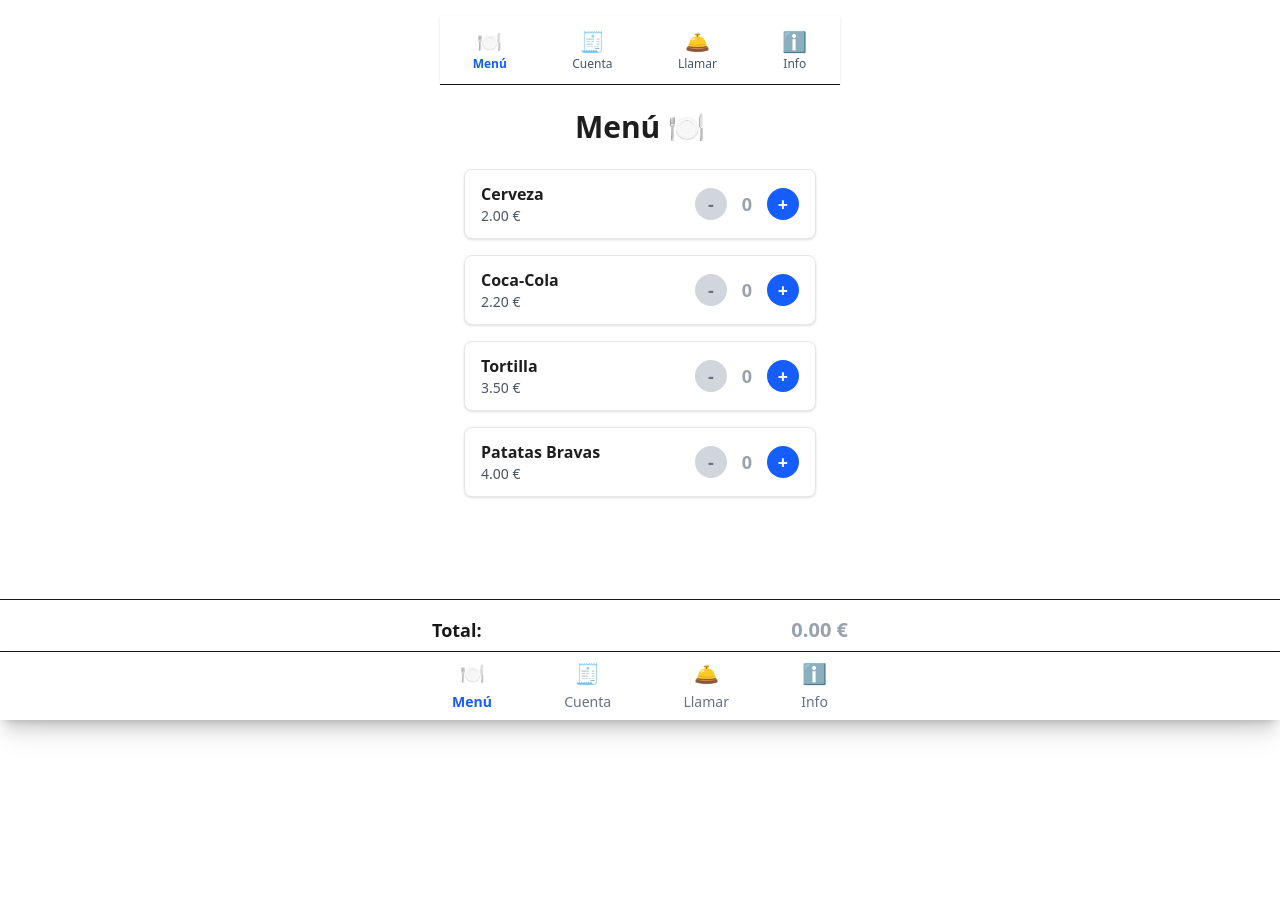
Repository: jrcardenas/sirvaapp
Page: /menu
An editor plug-in stored every save of this project. The page is shown before and after a run of saves, followed by the edit.
The browser window is 1280 px wide. The pictures show the whole page.
The project was rebuilt for these pictures with package versions that can differ from the ones it lists, and the page was loaded fresh each time. The framework's server and built-in components were replaced by stand-ins that run in the browser. Also part of the build but not shown: next.config.ts.

Above is the page before, as saved 2025-11-02 12:11:23.

### app/layout.tsx
import type { Metadata } from "next";
import "./globals.css";
import "./styles/theme.css";
import { OrderProvider } from "@/context/OrderContext";
import LayoutWrapper from "@/components/layout/LayoutWrapper";
import BottomNav from "@/components/BottomNav"; // ✅ Añadido

export const metadata: Metadata = {
  title: "SirvaApp",
  description: "Pide desde tu mesa. Sirve más rápido.",
};

export default function RootLayout({ children }: { children: React.ReactNode }) {
  return (
    <html lang="es">
      <body className="bg-[var(--color-background)] text-[var(--color-text-dark)]">
        <OrderProvider>
          <LayoutWrapper>
            <div className="min-h-screen pb-20">
              {children}
            </div>

            {/* ✅ Navegación inferior global */}
            <BottomNav />
          </LayoutWrapper>
        </OrderProvider>
      </body>
    </html>
  );
}

### app/menu/page.tsx
"use client";

import Button from "@/components/ui/Button";
import { useCartStore } from "@/store/cartStore";
import { useRouter } from "next/navigation";

export default function MenuPage() {
  const router = useRouter();
  const { addItem, changeQty, items, clearCart, removeItem } = useCartStore();

  const productos = [
    { id: "1", nombre: "Cerveza", precio: 2.0 },
    { id: "2", nombre: "Coca-Cola", precio: 2.2 },
    { id: "3", nombre: "Tortilla", precio: 3.5 },
    { id: "4", nombre: "Patatas Bravas", precio: 4.0 },
  ];

  const getQty = (id: string) =>
    items.reduce((acc, p) => (p.id === id ? acc + p.qty : acc), 0);

  const total = items.reduce(
    (acc, p) => acc + p.price * p.qty,
    0
  );

  const handleSendOrder = () => {
    if (items.length === 0) return;
    alert("✅ Pedido enviado a cocina!");
    clearCart();
  };

  return (
    <main className="min-h-screen bg-[var(--color-background)] p-6 pb-32">
      <h1 className="text-3xl font-bold text-center text-[var(--color-text-dark)] mb-6">
        Menú 🍽️
      </h1>

      <div className="grid gap-4 max-w-md mx-auto">
        {productos.map((item) => {
          const qty = getQty(item.id);

          const handleMinus = () => {
            if (qty <= 1) {
              removeItem(item.id);
            } else {
              changeQty(item.id, qty - 1);
            }
          };

          return (
            <div
              key={item.id}
              className="bg-white shadow rounded-lg px-4 py-3 flex justify-between items-center border border-gray-200"
            >
              <div className="flex flex-col">
                <span className="font-semibold text-[var(--color-text-dark)]">
                  {item.nombre}
                </span>
                <span className="text-gray-600 text-sm">
                  {item.precio.toFixed(2)} €
                </span>
              </div>

              {/* Controles siempre visibles */}
              <div className="flex items-center gap-2">
                <button
                  className={`w-8 h-8 rounded-full text-lg font-bold flex items-center justify-center
                    ${qty === 0 ? "bg-gray-300 text-gray-500" : "bg-gray-200 text-black"}`}
                  disabled={qty === 0}
                  onClick={handleMinus}
                >
                  -
                </button>

                <span
                  className={`w-6 text-center font-bold text-lg ${
                    qty === 0
                      ? "text-gray-400"
                      : "text-[var(--color-text-dark)]"
                  }`}
                >
                  {qty}
                </span>

                <button
                  className="w-8 h-8 bg-blue-600 text-white rounded-full text-lg font-bold flex items-center justify-center"
                  onClick={() =>
                    addItem({
                      id: item.id,
                      name: item.nombre,
                      price: item.precio,
                      qty: 1,
                    })
                  }
                >
                  +
                </button>
              </div>
            </div>
          );
        })}
      </div>

      {/* ✅ Footer centrado y con mismo ancho que el menú */}
      <div className="fixed bottom-0 left-0 w-full bg-white shadow-xl border-t">
        <div className="max-w-md mx-auto p-4">
          <div className="flex justify-between items-center mb-3">
            <span className="font-semibold text-lg">
              Total:
            </span>

            <span
              className={`font-bold text-xl ${
                total === 0
                  ? "text-gray-400"
                  : "text-[var(--color-text-dark)]"
              }`}
            >
              {total.toFixed(2)} €
            </span>
          </div>

          <Button
            fullWidth
            disabled={total === 0}
            className={`${
              total === 0
                ? "bg-gray-300 text-gray-500 cursor-not-allowed"
                : ""
            }`}
            onClick={handleSendOrder}
          >
            ✅ Realizar Pedido
          </Button>
        </div>
      </div>
    </main>
  );
}

### app/globals.css
@import "tailwindcss";

/* Colores base del navegador */
:root {
  --background: #ffffff;
  --foreground: #171717;
}

/* ✅ Variables sincronizadas con el tema */
@theme inline {
  --color-background: var(--background);
  --color-foreground: var(--foreground);
  --font-sans: var(--font-geist-sans);
  --font-mono: var(--font-geist-mono);
}

@media (prefers-color-scheme: dark) {
  :root {
    --background: #0a0a0a;
    --foreground: #ededed;
  }
}

/* ✅ Mantener reset y tipografía */
body {
  background: var(--color-background);
  color: var(--color-foreground);
}

### app/styles/theme.css
:root {
  /* Brand Colors */
  --color-primary: #007BFF;
  --color-secondary: #1E1E1E;
  --color-background: #FFFFFF;
  --color-surface: #F8F8F8;
  --color-border: #E2E2E2;

  /* Text */
  --color-text-dark: #1E1E1E;
  --color-text-light: #FFFFFF;

  /* Tokens */
  --radius: 12px;
  --button-height: 48px;
}

### app/context/OrderContext.tsx
"use client";
import { createContext, useContext, useState, ReactNode } from "react";

interface ProductoPedido {
  id: number;
  nombre: string;
  precio: number;
  cantidad: number;
  nota?: string;
}

interface OrderContextValue {
  pedido: ProductoPedido[];
  agregarProducto: (producto: ProductoPedido) => void;
  cambiarCantidad: (id: number, accion: "sumar" | "restar") => void;
  eliminarProducto: (id: number) => void;
  vaciarPedido: () => void;
  totalItems: number;
  totalPrice: number;
}

const OrderContext = createContext<OrderContextValue | undefined>(undefined);

export function OrderProvider({ children }: { children: ReactNode }) {
  const [pedido, setPedido] = useState<ProductoPedido[]>([]);

  const agregarProducto = (producto: ProductoPedido) => {
    setPedido((prev) => {
      const existe = prev.find((p) => p.id === producto.id);
      if (existe) {
        return prev.map((p) =>
          p.id === producto.id
            ? { ...p, cantidad: p.cantidad + producto.cantidad }
            : p
        );
      }
      return [...prev, producto];
    });
  };

  const cambiarCantidad = (id: number, accion: "sumar" | "restar") => {
    setPedido((prev) =>
      prev
        .map((p) => {
          if (p.id !== id) return p;
          if (accion === "sumar") return { ...p, cantidad: p.cantidad + 1 };
          if (p.cantidad === 1) return p;
          return { ...p, cantidad: p.cantidad - 1 };
        })
        .filter((p) => p.cantidad > 0)
    );
  };

  const eliminarProducto = (id: number) => {
    setPedido((prev) => prev.filter((p) => p.id !== id));
  };

  const vaciarPedido = () => setPedido([]);

  const totalItems = pedido.reduce((acc, p) => acc + p.cantidad, 0);
  const totalPrice = pedido.reduce((acc, p) => acc + p.precio * p.cantidad, 0);

  return (
    <OrderContext.Provider
      value={{
        pedido,
        agregarProducto,
        cambiarCantidad,
        eliminarProducto,
        vaciarPedido,
        totalItems,
        totalPrice,
      }}
    >
      {children}
    </OrderContext.Provider>
  );
}

export function useOrder() {
  const context = useContext(OrderContext);
  if (!context) throw new Error("useOrder debe usarse dentro de OrderProvider");
  return context;
}

### app/components/layout/LayoutWrapper.tsx
"use client";

import Header from "./Header";

export default function LayoutWrapper({ children }: { children: React.ReactNode }) {
  return (
    <div className="max-w-md mx-auto px-6 py-4 min-h-screen flex flex-col">
      <Header />
      {children}
    </div>
  );
}

### app/components/BottomNav.tsx
"use client";
import Link from "next/link";
import { usePathname } from "next/navigation";

export default function BottomNav() {
  const pathname = usePathname();

  const navItems = [
    { href: "/menu", label: "Menú", icon: "🍽️" },
    { href: "/cuenta", label: "Cuenta", icon: "🧾" },
    { href: "/llamar", label: "Llamar", icon: "🛎️" },
    { href: "/info", label: "Info", icon: "ℹ️" },
  ];

  return (
    <nav className="fixed bottom-0 left-0 w-full bg-white border-t shadow-lg">
      <div className="flex justify-around py-2 max-w-md mx-auto text-sm">
        {navItems.map((item) => (
          <Link
            key={item.href}
            href={item.href}
            className={`flex flex-col items-center gap-1 px-4 ${
              pathname === item.href
                ? "text-blue-600 font-bold"
                : "text-gray-500"
            }`}
          >
            <span className="text-xl">{item.icon}</span>
            {item.label}
          </Link>
        ))}
      </div>
    </nav>
  );
}

### app/components/ui/Button.tsx
"use client";

import React from "react";
import Link from "next/link";

type Variant = "primary" | "secondary" | "outline" | "ghost";
type Size = "sm" | "md" | "lg";

type ButtonProps = {
  variant?: Variant;
  size?: Size;
  loading?: boolean;
  fullWidth?: boolean;
  as?: "button" | "link";
  href?: string;
  className?: string;
  children: React.ReactNode;
} & React.ButtonHTMLAttributes<HTMLButtonElement>;

function classes({ variant, size, fullWidth }: { variant: Variant; size: Size; fullWidth?: boolean }) {
  const base =
    "inline-flex items-center justify-center font-semibold transition focus:outline-none focus-visible:ring-2 focus-visible:ring-offset-2";
  const radius = "rounded-[var(--radius)]";
  const width = fullWidth ? "w-full" : "";
  const sizes: Record<Size, string> = {
    sm: "text-sm h-10 px-4",
    md: "text-base h-[var(--button-height)] px-5", // 48px por theme
    lg: "text-base h-14 px-6",
  };
  const variants: Record<Variant, string> = {
    primary:
      "bg-[var(--color-primary)] text-[var(--color-text-light)] hover:opacity-90 focus-visible:ring-[var(--color-primary)]",
    secondary:
      "bg-[var(--color-secondary)] text-[var(--color-text-light)] hover:opacity-90 focus-visible:ring-[var(--color-secondary)]",
    outline:
      "bg-transparent text-[var(--color-text-dark)] border border-[color:var(--color-secondary)]/20 hover:bg-[var(--color-surface)] focus-visible:ring-[var(--color-primary)]",
    ghost:
      "bg-transparent text-[var(--color-text-dark)] hover:bg-[var(--color-surface)] focus-visible:ring-[var(--color-primary)]",
  };

  return [base, radius, width, sizes[size], variants[variant]].join(" ");
}

export default function Button({
  variant = "primary",
  size = "md",
  loading = false,
  fullWidth,
  as = "button",
  href,
  className = "",
  children,
  disabled,
  ...rest
}: ButtonProps) {
  const cls =
    classes({ variant, size, fullWidth }) +
    " " +
    (disabled || loading ? "opacity-60 pointer-events-none" : "") +
    " " +
    className;

  const content = (
    <>
      {loading && (
        <svg
          className="mr-2 animate-spin"
          width="16"
          height="16"
          viewBox="0 0 24 24"
          aria-hidden="true"
        >
          <circle cx="12" cy="12" r="10" stroke="currentColor" strokeWidth="4" fill="none" opacity="0.25" />
          <path d="M22 12a10 10 0 0 1-10 10" fill="none" stroke="currentColor" strokeWidth="4" />
        </svg>
      )}
      {children}
    </>
  );

  if (as === "link" && href) {
    return (
      <Link
        href={href}
        className={cls}
        role="button"
        aria-busy={loading || undefined}
        aria-disabled={disabled || loading || undefined}
      >
        {content}
      </Link>
    );
  }

  return (
    <button
      className={cls}
      disabled={disabled || loading}
      aria-busy={loading || undefined}
      {...rest}
    >
      {content}
    </button>
  );
}

### app/store/cartStore.ts
import { create } from "zustand";

export interface CartItem {
  id: string;
  name: string;
  price: number;
  qty: number;
  note?: string;
}

interface CartState {
  items: CartItem[];
  addItem: (item: CartItem) => void;
  changeQty: (id: string, qty: number) => void;
  removeItem: (id: string, note?: string) => void;
  clearCart: () => void;
  totalItems: number;
  totalAmount: number;
}

export const useCartStore = create<CartState>((set, get) => ({
  items: [],

  addItem: (item) => {
    const exists = get().items.find(
      (i) => i.id === item.id && i.note === item.note
    );

    if (exists) {
      set({
        items: get().items.map((i) =>
          i.id === item.id && i.note === item.note
            ? { ...i, qty: i.qty + item.qty }
            : i
        ),
      });
    } else {
      set({ items: [...get().items, item] });
    }
  },

  changeQty: (id, qty) => {
    if (qty < 1) return; // ✅ regla elegida (A)
    set({
      items: get().items.map((i) =>
        i.id === id ? { ...i, qty } : i
      ),
    });
  },

  removeItem: (id, note) =>
    set({
      items: get().items.filter(
        (i) => !(i.id === id && i.note === note)
      ),
    }),

  clearCart: () => set({ items: [] }),

  get totalItems() {
    return get().items.reduce((acc, i) => acc + i.qty, 0);
  },

  get totalAmount() {
    return get().items.reduce((acc, i) => acc + i.qty * i.price, 0);
  },
}));

### app/components/layout/Header.tsx
"use client";

import Link from "next/link";
import { usePathname } from "next/navigation";

export default function Header() {
  const pathname = usePathname();

  const navItems = [
    { href: "/menu", label: "Menú", icon: "🍽️" },
    { href: "/cuenta", label: "Cuenta", icon: "🧾" },
    { href: "/llamar", label: "Llamar", icon: "🛎️" },
    { href: "/info", label: "Info", icon: "ℹ️" },
  ];

  return (
    <header className="w-full py-3 bg-white border-b shadow-sm">
      <nav className="flex justify-around max-w-md mx-auto text-sm">
        {navItems.map((item) => (
          <Link
            key={item.href}
            href={item.href}
            className={`flex flex-col items-center ${
              pathname === item.href
                ? "text-blue-600 font-bold"
                : "text-gray-600"
            }`}
          >
            <span className="text-xl">{item.icon}</span>
            <span className="text-xs">{item.label}</span>
          </Link>
        ))}
      </nav>
    </header>
  );
}

After the next 2 saves:
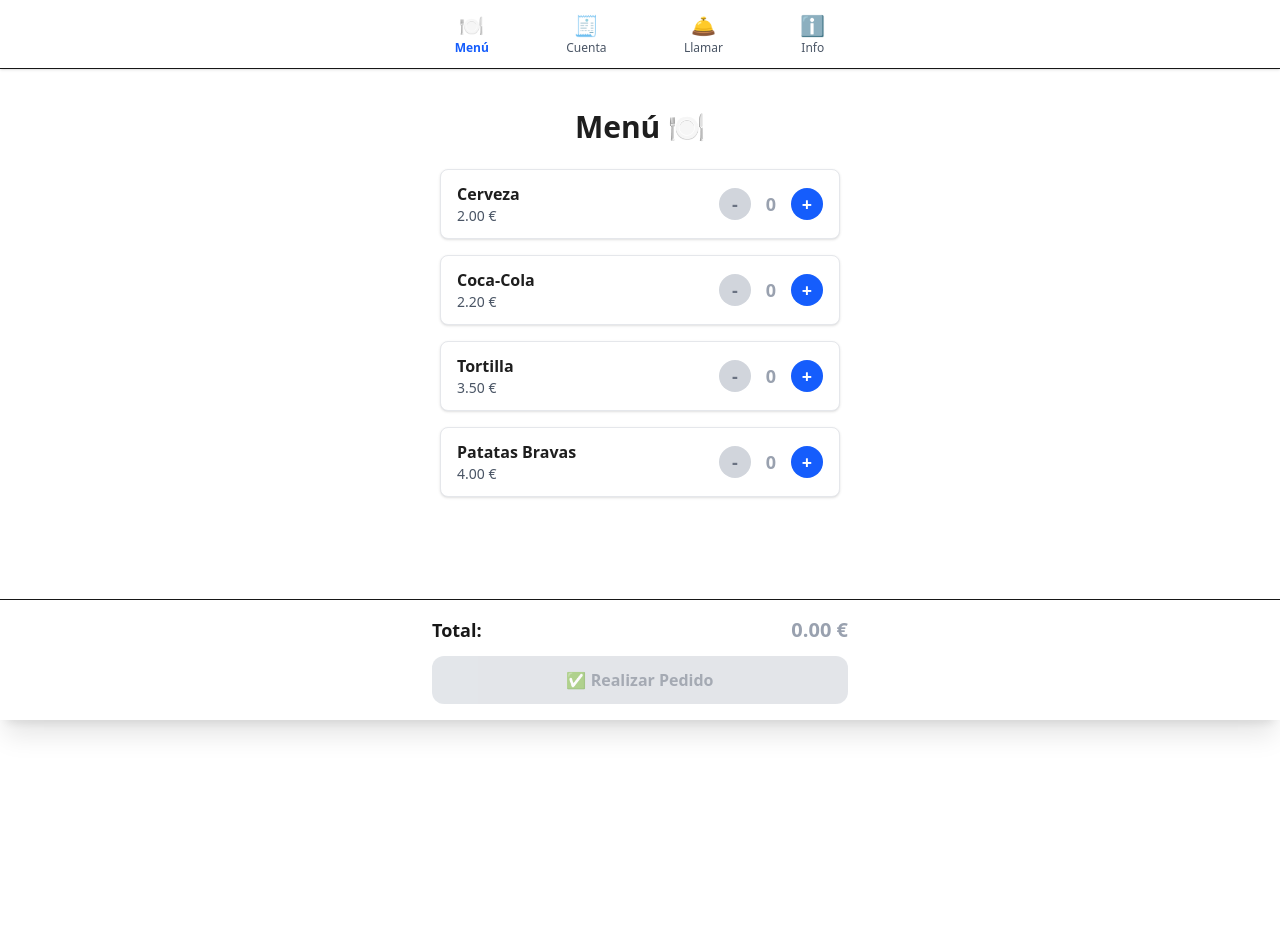
The 2 saves are shown as one change because 1 did not build or start.
The last was saved 41 s later.
--- a/app/layout.tsx
+++ b/app/layout.tsx
@@ -1,9 +1,7 @@
 import type { Metadata } from "next";
 import "./globals.css";
 import "./styles/theme.css";
-import { OrderProvider } from "@/context/OrderContext";
-import LayoutWrapper from "@/components/layout/LayoutWrapper";
-import BottomNav from "@/components/BottomNav"; // ✅ Añadido
+import Header from "@/components/layout/Header";
 
 export const metadata: Metadata = {
   title: "SirvaApp",
@@ -14,16 +12,13 @@ export default function RootLayout({ children }: { children: React.ReactNode })
   return (
     <html lang="es">
       <body className="bg-[var(--color-background)] text-[var(--color-text-dark)]">
-        <OrderProvider>
-          <LayoutWrapper>
-            <div className="min-h-screen pb-20">
-              {children}
-            </div>
+        {/* ✅ Navegación principal arriba */}
+        <Header />
 
-            {/* ✅ Navegación inferior global */}
-            <BottomNav />
-          </LayoutWrapper>
-        </OrderProvider>
+        {/* ✅ Espacio suficiente para footer del pedido */}
+        <main className="pt-4 pb-32 max-w-md mx-auto">
+          {children}
+        </main>
       </body>
     </html>
   );
